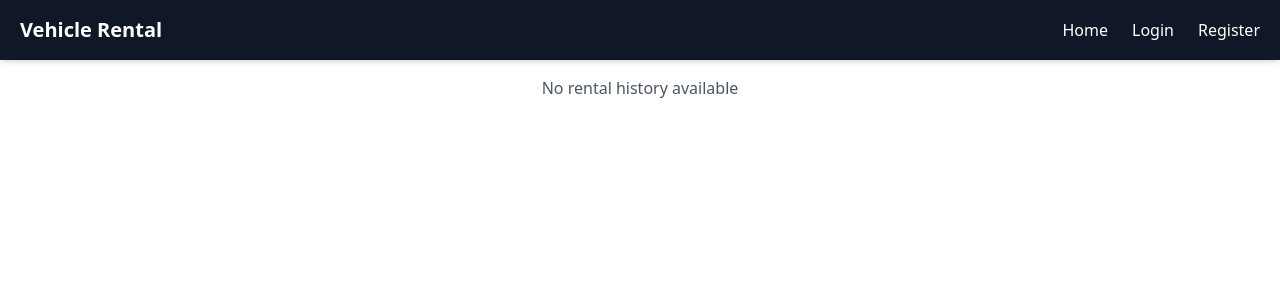
Repository: Sugan-g/vehicle-rental-system
Page: /rental-history (app in frontend/)
The author's editor kept a copy of each file at every save. The page is drawn from the files as they stood at one save, then again after the next save.
The browser window is 1280 px wide. The pictures show the whole page.
The page's requests for data from a server got no answer. The project was rebuilt for these pictures with package versions that can differ from the ones it lists, and the page was loaded fresh each time. No one was signed in, and anything a server would have sent is missing. Also part of the build but not shown: frontend/vite.config.js, frontend/src/components/VehicleCard.jsx, frontend/src/pages/HomePage.jsx, frontend/src/components/BookingForm.jsx, frontend/src/components/ReviewForm.jsx, frontend/src/pages/VehiclePage.jsx, frontend/src/pages/LoginPage.jsx, frontend/src/pages/RegisterPage.jsx and 2 more.

Above is the page before, as saved 2025-10-26 20:15:46.

### frontend/index.html
<!doctype html>
<html lang="en">
  <head>
    <meta charset="UTF-8" />
    <link rel="icon" type="image/svg+xml" href="/vite.svg" />
    <meta name="viewport" content="width=device-width, initial-scale=1.0" />
    <title>Vehicle Rental System</title>
        <link rel="stylesheet" href="/src/index.css" />

  </head>
  <body>
    <div id="root"></div>
    <script type="module" src="/src/main.jsx"></script>
  </body>
</html>

### frontend/src/main.jsx
import React from "react";
import ReactDOM from "react-dom/client";
import App from "./App.jsx";
import "./index.css";

ReactDOM.createRoot(document.getElementById("root")).render(
    <React.StrictMode>
        <App />
    </React.StrictMode>
);

### frontend/src/App.jsx
import { BrowserRouter as Router, Routes, Route } from "react-router-dom";
import Navbar from "./components/Navbar.jsx";
import HomePage from "./pages/HomePage.jsx";
import VehiclePage from "./pages/VehiclePage.jsx";
import LoginPage from "./pages/LoginPage.jsx";
import RegisterPage from "./pages/RegisterPage.jsx";
import RentalHistoryPage from "./pages/RentalHistoryPage.jsx";
import AdminPage from "./pages/AdminPage.jsx";

function App() {
    return (
        <Router>
            <Navbar />
            <Routes>
                <Route path="/" element={<HomePage />} />
                <Route path="/vehicle/:id" element={<VehiclePage />} />
                <Route path="/login" element={<LoginPage />} />
                <Route path="/register" element={<RegisterPage />} />
                <Route path="/rental-history" element={<RentalHistoryPage />} />
                <Route path="/admin" element={<AdminPage />} />
            </Routes>
        </Router>
    );
}

export default App;

### frontend/src/components/Navbar.jsx
import { Link, useNavigate } from "react-router-dom";
import { useState, useEffect } from "react";
import { FiMenu, FiX } from "react-icons/fi";

export default function Navbar() {
  const navigate = useNavigate();
  const [isLoggedIn, setIsLoggedIn] = useState(false);
  const [menuOpen, setMenuOpen] = useState(false);
  const [role, setRole] = useState(null);

  useEffect(() => {
    const token = localStorage.getItem("token");
    const userRole = localStorage.getItem("role");

    setIsLoggedIn(!!token);
    setRole(userRole);
  }, []);

  const handleLogout = () => {
    localStorage.removeItem("token");
    localStorage.removeItem("role");
    setIsLoggedIn(false);
    setRole(null);
    navigate("/login");
  };

  return (
    <nav className="bg-gray-900 text-white px-5 py-4 shadow-md fixed top-0 left-0 w-full z-50">
      <div className="flex justify-between items-center">
        <Link to="/" className="text-xl font-bold">
          Vehicle Rental
        </Link>

        {/* Mobile Menu Toggle */}
        <button
          className="md:hidden text-2xl"
          onClick={() => setMenuOpen(!menuOpen)}
        >
          {menuOpen ? <FiX /> : <FiMenu />}
        </button>

        {/* Desktop Menu */}
        <div className="hidden md:flex space-x-6 items-center">
          <Link to="/">Home</Link>

          {isLoggedIn && role === "admin" && (
            <Link to="/admin/dashboard" className="font-semibold text-yellow-400">
              Admin Dashboard
            </Link>
          )}

          {isLoggedIn ? (
            <>
              <Link to="/rental-history">My Rentals</Link>
              <button onClick={handleLogout} className="hover:text-red-400">
                Logout
              </button>
            </>
          ) : (
            <>
              <Link to="/login">Login</Link>
              <Link to="/register">Register</Link>
            </>
          )}
        </div>
      </div>

      {/* ✅ Mobile Dropdown Menu */}
      <div
        className={`md:hidden transition-all duration-300 overflow-hidden ${
          menuOpen ? "max-h-60 mt-3" : "max-h-0"
        }`}
      >
        <div className="bg-gray-800 p-5 rounded-lg flex flex-col space-y-4 text-center">
          <Link to="/" onClick={() => setMenuOpen(false)}>
            Home
          </Link>

          {isLoggedIn && role === "admin" && (
            <Link
              to="/admin/dashboard"
              onClick={() => setMenuOpen(false)}
              className="font-semibold text-yellow-400"
            >
              Admin Dashboard
            </Link>
          )}

          {isLoggedIn ? (
            <>
              <Link
                to="/rental-history"
                onClick={() => setMenuOpen(false)}
              >
                My Rentals
              </Link>
              <button
                onClick={() => {
                  handleLogout();
                  setMenuOpen(false);
                }}
                className="text-red-400 font-semibold"
              >
                Logout
              </button>
            </>
          ) : (
            <>
              <Link to="/login" onClick={() => setMenuOpen(false)}>
                Login
              </Link>
              <Link to="/register" onClick={() => setMenuOpen(false)}>
                Register
              </Link>
            </>
          )}
        </div>
      </div>
    </nav>
  );
}

### frontend/src/pages/RentalHistoryPage.jsx
import { useEffect, useState } from "react";
import API from "../api/api.js";

export default function RentalHistoryPage() {
    const [bookings, setBookings] = useState([]);

    useEffect(() => {
        const fetchBookings = async () => {
            const res = await API.get("/bookings/my");
            setBookings(res.data);
        };
        fetchBookings();
    }, []);

    return (
        <div className="p-4 max-w-4xl mx-auto">
            <h2 className="text-2xl sm:text-3xl font-bold mb-6 text-center">
                My Rentals
            </h2>

            {bookings.length === 0 ? (
                <p className="text-center text-gray-600">
                    No rental history available
                </p>
            ) : (
                <div className="grid gap-4 sm:grid-cols-2 lg:grid-cols-3">
                    {bookings.map((b) => (
                        <div
                            key={b._id}
                            className="bg-white p-4 shadow-md rounded-lg border hover:shadow-lg transition"
                        >
                            <h3 className="text-lg font-semibold text-gray-900">
                                {b.vehicle.make} {b.vehicle.model}
                            </h3>

                            <p className="text-sm text-gray-700 mt-1">
                                📍 {b.vehicle.location}
                            </p>

                            <div className="mt-2 text-sm text-gray-700">
                                <p>
                                    📅 {new Date(b.startDate).toLocaleDateString()} →{" "}
                                    {new Date(b.endDate).toLocaleDateString()}
                                </p>
                                <p>💰 ₹{b.amount || "0"}</p>
                            </div>

                            <p
                                className={`mt-2 font-medium ${
                                    b.paymentStatus === "Paid"
                                        ? "text-green-600"
                                        : "text-orange-600"
                                }`}
                            >
                                {b.paymentStatus}
                            </p>
                        </div>
                    ))}
                </div>
            )}
        </div>
    );
}

### frontend/src/api/api.js
import axios from "axios";

const API = axios.create({
    baseURL: "http://localhost:5000/api"
});

// Add token automatically
API.interceptors.request.use((req) => {
    const token = localStorage.getItem("token");
    if (token) req.headers.Authorization = `Bearer ${token}`;
    return req;
});

export default API;

Loaded but not shown: frontend/src/index.css (common file)

After the next save:
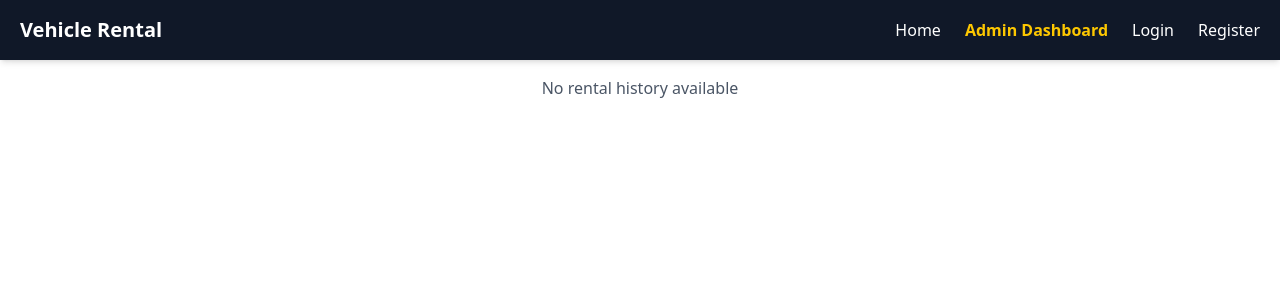
Saved 78 s later.
--- a/frontend/src/components/Navbar.jsx
+++ b/frontend/src/components/Navbar.jsx
@@ -43,11 +43,10 @@ export default function Navbar() {
         <div className="hidden md:flex space-x-6 items-center">
           <Link to="/">Home</Link>
 
-          {isLoggedIn && role === "admin" && (
             <Link to="/admin/dashboard" className="font-semibold text-yellow-400">
               Admin Dashboard
             </Link>
-          )}
+
 
           {isLoggedIn ? (
             <>
